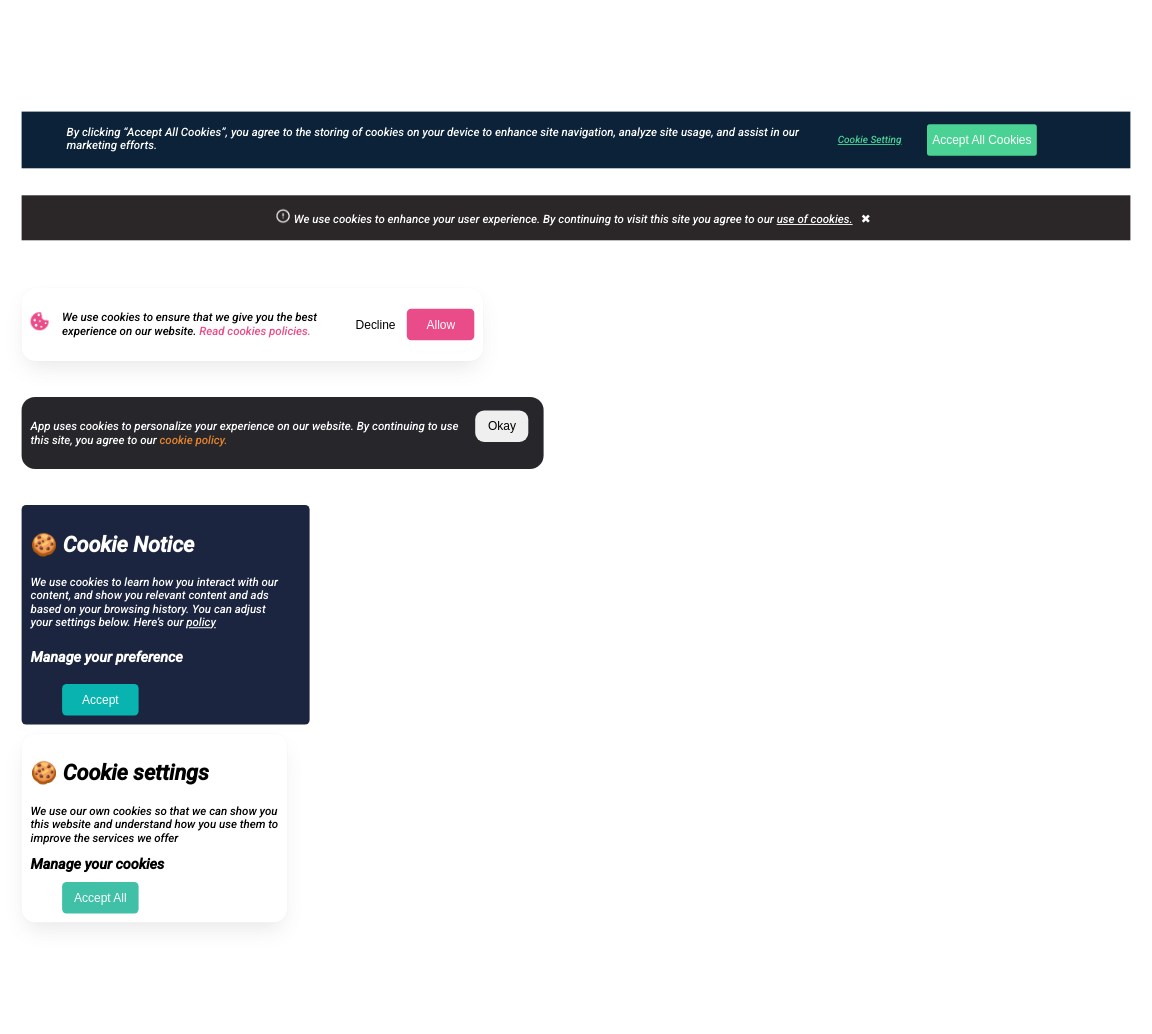
Repository: batonAnton/cursor_cookies_lectr3
Page: index.html
An editor plug-in stored every save of this project. The page is shown before and after the next save, followed by the edit.
The browser window is 1280 px wide. The pictures show the whole page, at 90% of full size.

Above is the page before, as saved 2022-06-01 14:28:56.

After the next save:
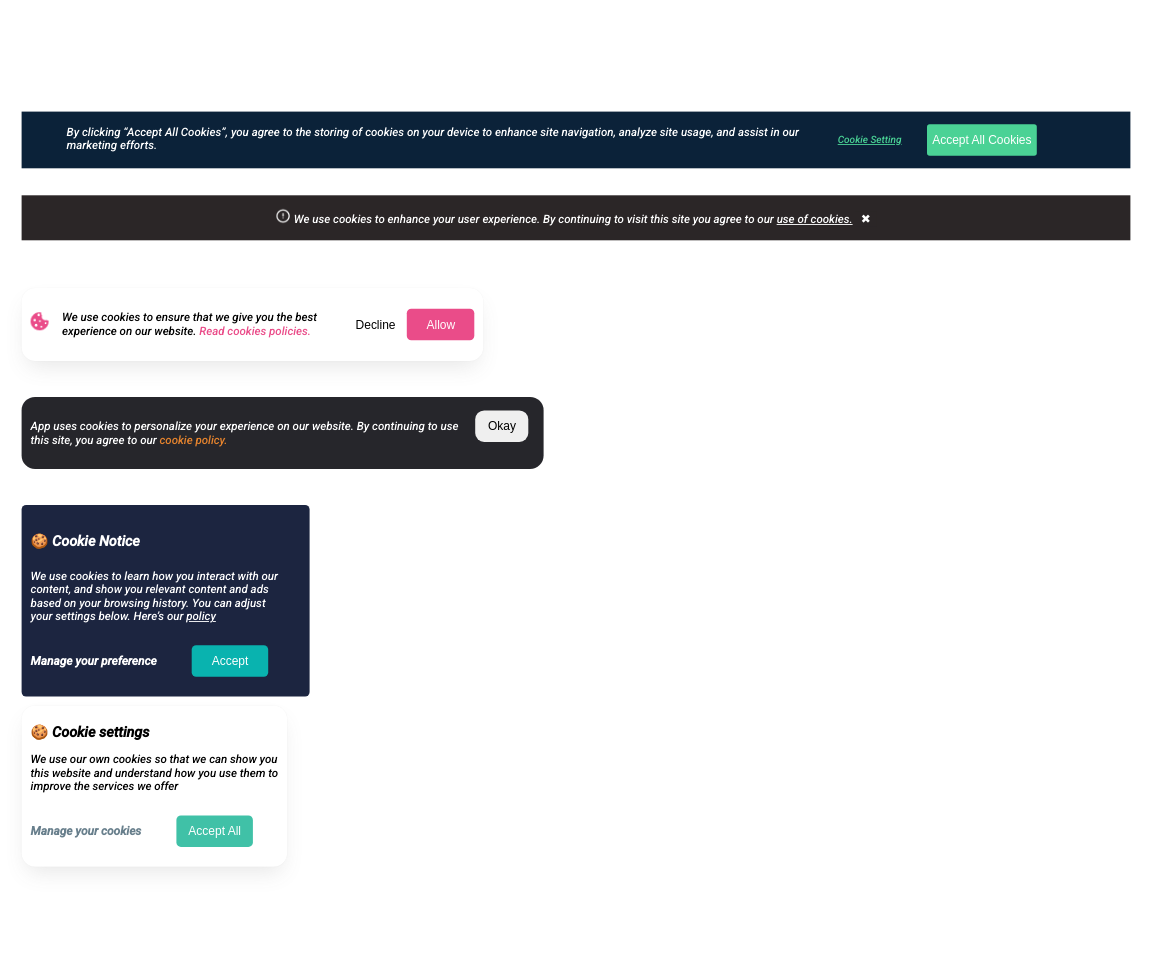
Saved 74 s later.
--- a/index.html
+++ b/index.html
@@ -37,16 +37,16 @@
         </div>
 
         <div class="banner_5">
-            <h2>🍪 Cookie Notice</h2>
+            <h4>🍪 Cookie Notice</h4>
             <p>We use cookies to learn how you interact with our <br> content, and show you relevant content and ads <br> based on your browsing history. You can adjust <br> your settings below. Here’s our <a href="#">policy</a></p>
-            <h4>Manage your preference </h4>
+            <h5>Manage your preference </h5>
             <button>accept</button>
         </div>
 
         <div class="banner_6">
-            <h2>🍪 Cookie settings</h2>
+            <h4>🍪 Cookie settings</h4>
             <p>We use our own cookies so that we can show you <br> this website and understand how you use them to <br> improve the services we offer</p>
-            <h4>Manage your cookies </h4>
+            <h5>Manage your cookies </h5>
             <button>accept all</button>
         </div>
     </div>
